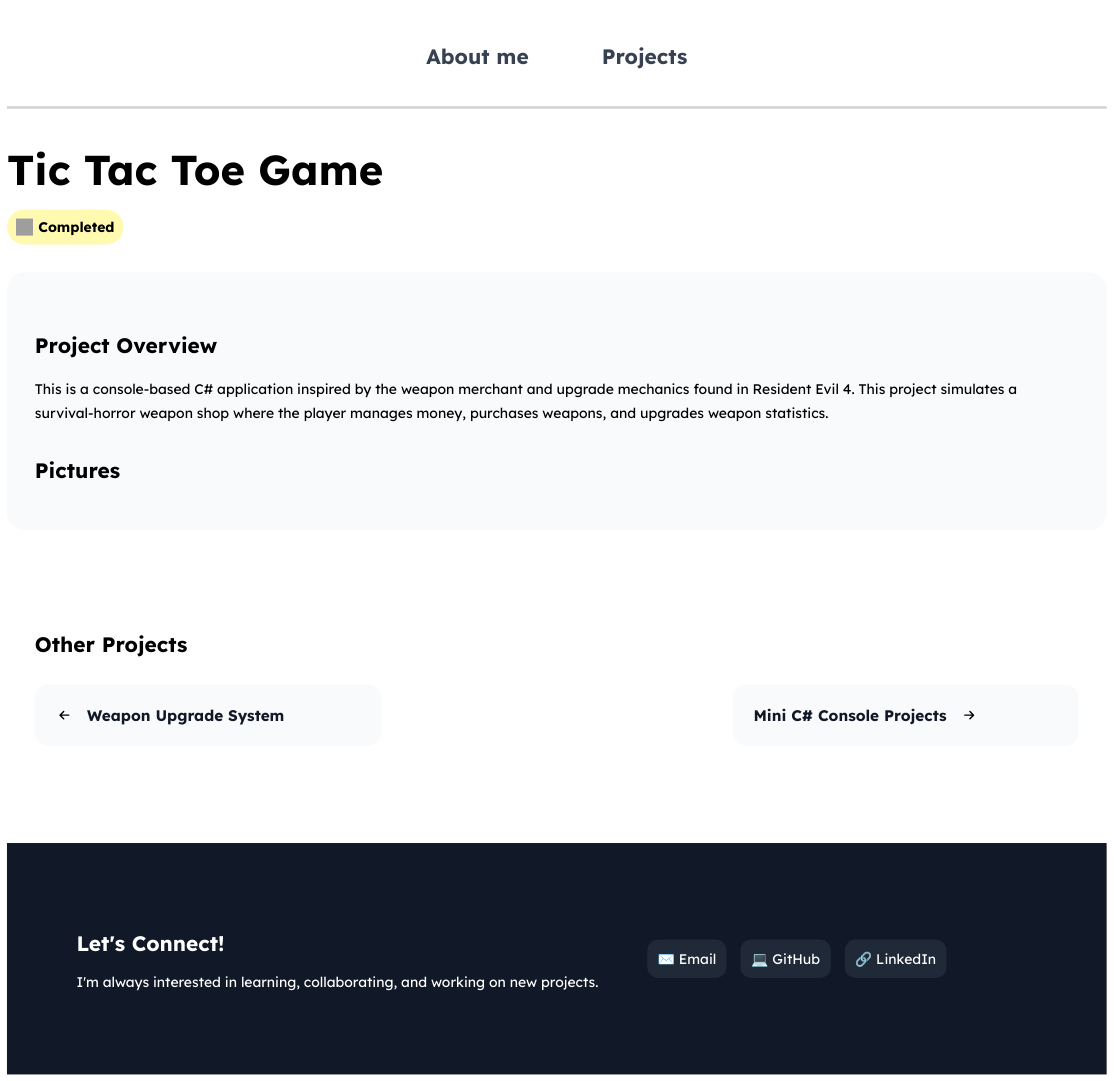
Repository: perrybalaba/perrybalaba
Page: pages/tic-tac-toe.html
An editor plug-in stored every save of this project. The page is shown before and after the next save, followed by the edit.
The browser window is 1280 px wide. The pictures show the whole page, at 87% of full size.
Pictures or frames that could not be fetched are drawn as grey boxes.

Above is the page before, as saved 2026-05-14 18:51:14.

### pages/tic-tac-toe.html
<!DOCTYPE html>
<html lang="en">
<head>
    <meta charset="UTF-8">
    <meta name="viewport" content="width=device-width, initial-scale=1.0">
    <title> Perry's Portfolio </title>
    <link rel="stylesheet" href="../styles/projects.css"/>
    <link rel="stylesheet" href="../styles/globals.css"/>
</head>
<body>
    <main>
        <!-- NAVIGATION BAR -->
        <nav class="Nav-Bar">
            <ul>
                <li><a href="../index.html"> About me </a></li>
                <li><a href="../pages/weapon-upgrade.html"> Projects </a></li>
            </ul>
        </nav>
        <!-- INFO -->
        <div class="Project-Info">
            <div class="Project-Info-Container">
                <h2> Tic Tac Toe Game </h2>
                <div class="Project-Stats">
                    <span class="Work-In-Progress">
                        <img src="../assets/images/clock-svgrepo-com.svg" alt="in progress"/>
                        Completed
                    </span>
                </div>
                <div class="Project-Info-Card">
                    <h3> Project Overview </h3>
                        <p>
                            This is a console-based C# application inspired by the weapon merchant and upgrade mechanics
                            found in Resident Evil 4. This project simulates a survival-horror weapon shop where the player
                            manages money, purchases weapons, and upgrades weapon statistics.
                        </p>
                    <h3> Pictures </h3>
                </div>
            </div>

        </div>

        <!-- MORE PROJECTS -->
        <div class="Other-Projects">
            <h2> Other Projects </h2>
            <div class="Other-Projects-Container">
                <div class="Other-Projects-Card Left-Card">
                    <a href="./weapon-upgrade.html">
                    <img src="../assets/images/arrow-sm-left-svgrepo-com.svg">
                    Weapon Upgrade System
                    </a>
                </div>

                <div class="Other-Projects-Card Right-Card">
                    <a href="./console-projects.html">
                        Mini C# Console Projects
                        <img src="../assets/images/arrow-sm-right-svgrepo-com.svg">
                    </a>
                </div>
            </div>
        </div>


        <!-- CONTACT -->
        <div class="Contact">
            <div class="Contact-Container">
                <div class="Contact-Text">
                    <h2> Let's Connect! </h2>
                    <p>
                        I'm always interested in learning, collaborating, and working on new projects.
                    </p>
                </div>

                <div class="Contact-Links">
                    <a href="mailto:balabaperry@gmail.com"> ✉️ Email</a>
                    <a href="https://github.com/perrybalaba"> 💻 GitHub </a>
                    <a href="https://www.linkedin.com/in/ann-karen-balaba-46b839387/"> 🔗 LinkedIn</a>
                </div>
            </div>
        </div>

    </main>
</body>
</html>

### styles/projects.css
/* NAVIGATION BAR */
.Nav-Bar {
    padding: 1rem;
    border-bottom: 3px solid lightgray;
}

nav ul {
    list-style: none;
    display: flex;
    justify-content: center;
    flex-wrap: wrap;
    gap: 2rem;
    padding: 0;
}

nav ul li a {
    display: block;
    text-align: center;
    padding: .75rem 1rem;
    text-decoration: none;
    color: #374151;
    font-weight: bold;
    padding: 10px;
    border-radius: 10px;
    font-size: 1rem;
    transition: 0.2s;
}

nav ul li a:hover {
    transform: scale(1.08);
    background-color: #f3f4f6;
    color: black;
}

/* PROJECT */
.Other-Projects {
    max-width: 1100px;
    margin: 0;
    padding: 2rem;
}

.Project-Info-Container h2 {
    font-size: 3rem;
    margin-bottom: 1rem;
}

.Project-Stats {
    display: flex;
    gap: 1rem;
    flex-wrap: wrap;
    margin-bottom: 2rem;
}

.Work-In-Progress {
    display: flex;
    align-items: center;
    gap: 6px;
    background-color: #fffaaf;
    padding: 10px;
    border-radius: 1000px;
    font-weight: bold;
}

.Work-In-Progress img {
    width: 20px;
    height: 20px;
}

.Project-Info-Card {
    background-color: #f9fafb;
    padding: 2rem;
    border-radius: 20px;
    line-height: 1.7;
}

.Project-Info-Card h3 {
    font-size: 1.5rem;
    margin-bottom: 1rem;
    margin-top: 2rem;
}

/* OTHER PROJECTS */
.Other-Projects {
    margin-top: 4rem;
    max-width: 1200px;
    padding: 2rem;
}

.Other-Projects-Container {
    display: flex;
    flex-direction: column;
    gap: 1rem;
    margin-top: 2rem;
}

.Other-Projects h2 {
    margin-bottom: 2rem;
}

.Other-Projects-Card {
    background-color: #f9fafb;
    padding: 1.5rem;
    border-radius: 15px;
    width: 100%;
    transition: 0.2s ease;
}

.Other-Projects-Card:hover {
    transform: translateY(-5px);
    background-color: #f3f4f6;
}

.Other-Projects-Card a {
    text-decoration: none;
    color: #111827;
    font-weight: bold;
    font-size: 1.1rem;
    display:flex;
    align-items: center;
    gap: 1rem;
}

.Other-Projects-Card img {
    width: 20px;
    height: 20px;
    transition: transform 0.2s ease;
}

.Left-Card:hover img {
    transform: translateX(-5px);
}

.Right-Card:hover img {
    transform: translateX(5px);
}

/* CONTACT */
.Contact {
    background-color: #111827;
    color: white;
    padding: 5rem;
    margin-top: 5rem;
}

.Contact-Container {
    display: flex;
    justify-content: space-between;
    align-items: center;
    max-width: 1000px;
    margin: 0;
    flex-wrap: wrap;
    gap: 2rem;
}

.Contact-Links {
    display: flex;
    gap: 1rem;
    flex-wrap: wrap;
}

.Contact-Links a {
    text-decoration: none;
    background-color: #1F2937;
    color: white;
    padding: 12px;
    border-radius: 12px;
    transition: 0.2s ease;
}

.Contact-Links a:hover {
    background-color: #374151;
    transform: scale(1.03);
}

### styles/globals.css
/* FONTS */
@font-face {
    font-family: "NotoSans";
    src: url(../assets/fonts/Noto_Sans/NotoSans-VariableFont_wdth\,wght.ttf);
}

@font-face {
    font-family: "Lexend";
    src: url(../assets/fonts/Lexend_Deca\,Noto_Sans/Lexend_Deca/LexendDeca-VariableFont_wght.ttf);
}

.Home-Header {
    font-family: "NotoSans";
}

.Nav-Bar {
    font-family: "Lexend";
}

main {
    font-family: "Lexend";
}

/* TABLET DESIGN */
@media (min-width: 768px) {
    /* NAVIGATION BAR */
    nav ul li a {
        font-size: 1.3rem;
    }

    /* HEADER */
    .Home-Header {
        font-size: 2.2rem;
    }

    /* ABOUT ME */
    .Info {
        flex-direction: row;
        justify-content: center;
        align-items: center;
        gap: 2rem;
        padding: 2rem;
    }

    .Description {
        width: 60%;
        max-width: 600px;
    }

    .Info img {
        max-width: 300px;
        width: 40%;
    }

    /* SKILLS */
    .Skill-Card {
        width: 260px;
    }

    .Skill-Icons img {
        width: 50px;
        height: 50px;
    }

    /* OTHER PROJECTS */
    .Other-Projects-Container {
        flex-direction: row;
        justify-content: space-between;
        align-items: center;
    }

    .Other-Projects-Card {
        width: 300px;
    }
}

/* DESKTOP */
@media (min-width: 1024px) {

    /* NAVIGATION */
    nav ul {
        gap: 4rem;
    }

    nav ul li a {
        font-size: 1.5rem;
    }

    /* ABOUT ME */
    .Info {
        gap: 5rem;
        padding: 4rem;
        justify-content: center;
        flex-direction: row;
        align-items: center;
    }

    .Description {
        max-width: 650px;
        font-size: 1.2rem;
        display: flex;
        flex-direction: column;
        align-items: center;
        justify-content: center;
        gap: 1rem;
    }

    .Info img {
        max-width: 500px;
    }

    .Home-Header {
        font-size: 4rem;
    }

    /* SKILLS */
    .Skill-Container {
        gap: 3rem;
    }

    .Skill-Card {
        width: 280px;
    }

    .Skill-Icons img {
        width: 80px;
        height: 80px;
    }

    /* SKILLS */
    .Projects-Container {
        display: flex;
        flex-direction: column;
        align-items: center;
    }

    .Project-Card {
        width: 100%;
        max-width: 850px;
        margin: 0 auto;
    }

    /* OTHER PROJECTS */
    .Other-Projects-Container {
        justify-content: space-between;
        align-items: center;
    }

    .Other-Projects-Card {
        width: 350px;
        padding: 1.5rem;
    }

    .Other-Projects-Card a {
        font-size: 1.1rem;
    }
}

After the next save:
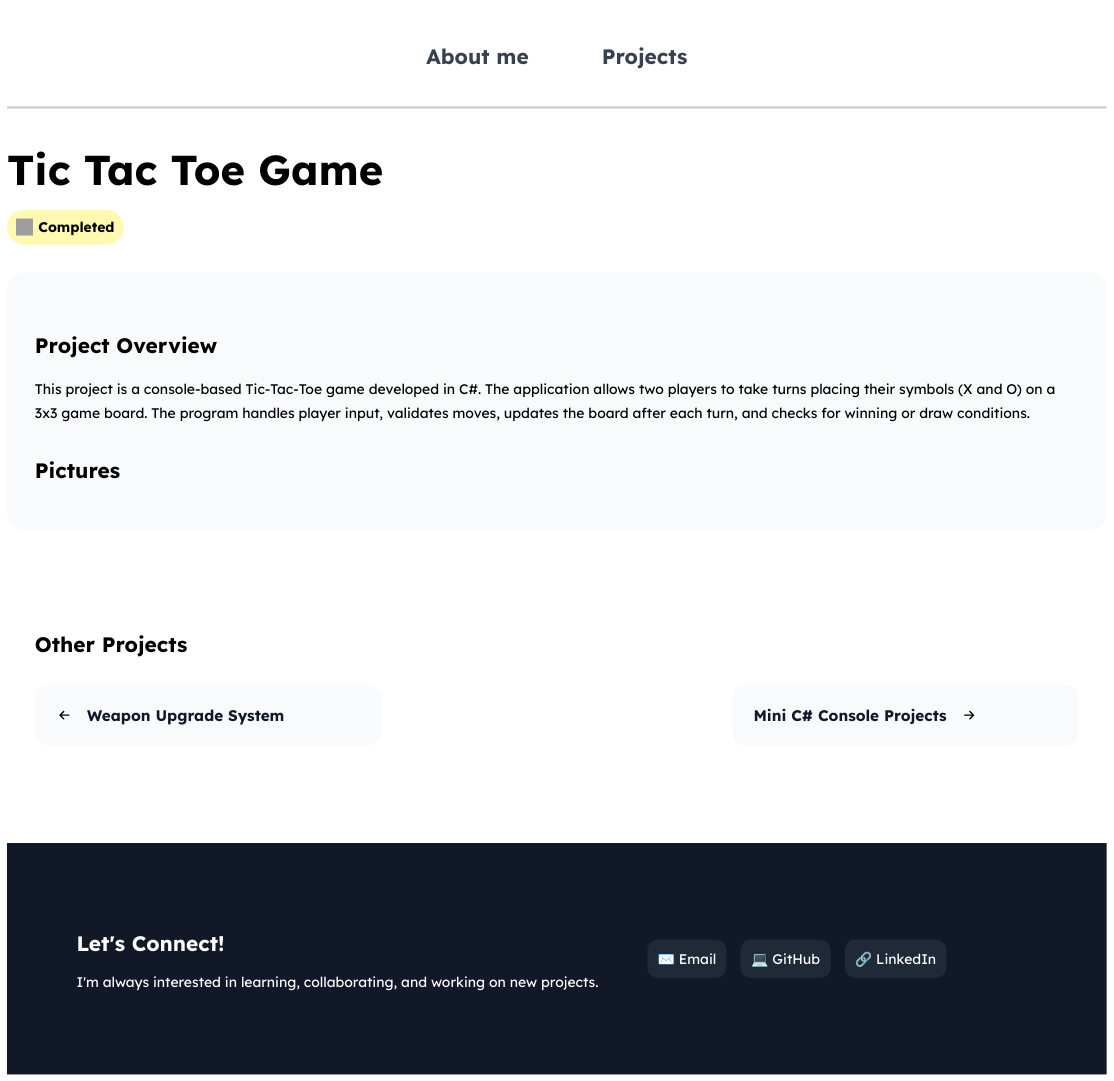
Saved 4 min 50 s later.
--- a/pages/tic-tac-toe.html
+++ b/pages/tic-tac-toe.html
@@ -29,9 +29,10 @@
                 <div class="Project-Info-Card">
                     <h3> Project Overview </h3>
                         <p>
-                            This is a console-based C# application inspired by the weapon merchant and upgrade mechanics
-                            found in Resident Evil 4. This project simulates a survival-horror weapon shop where the player
-                            manages money, purchases weapons, and upgrades weapon statistics.
+                            This project is a console-based Tic-Tac-Toe game developed in C#. The application allows
+                            two players to take turns placing their symbols (X and O) on a 3x3 game board. The program
+                            handles player input, validates moves, updates the board after each turn, and checks for winning
+                            or draw conditions.
                         </p>
                     <h3> Pictures </h3>
                 </div>
